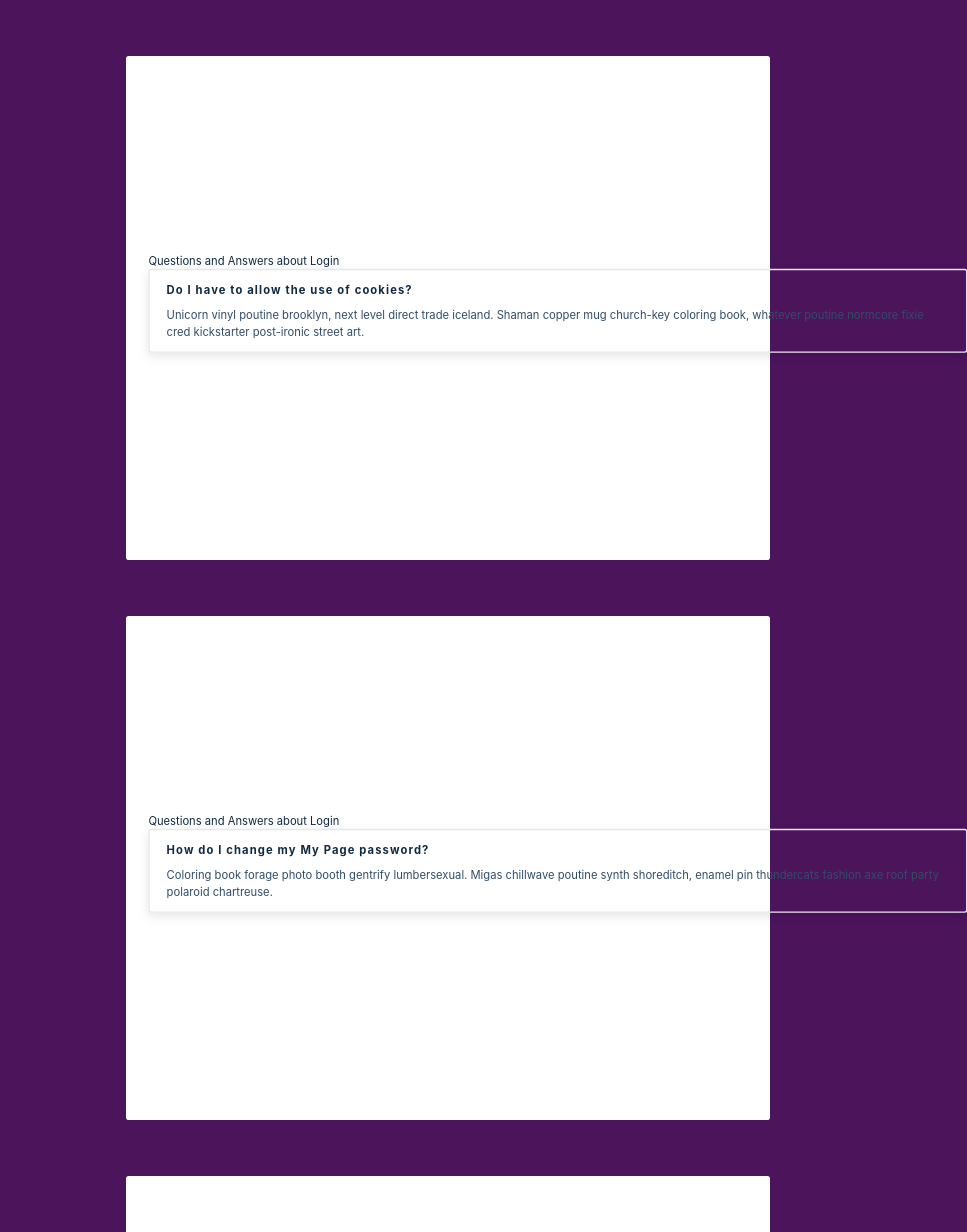
Repository: Reghanoid/Accordion
Page: /
The author's editor kept a copy of each file at every save. The page is drawn from the files as they stood at one save, then again after the next save.
The browser window is 1280 px wide. The page is 1382 px wide, then 1280 px, so the pictures cover 1382 px, including what lies to the right of the window. The pictures show the part of the page from y = 0 to 1760 px (the page is 4080 px tall before and 3600 px after), at 70% of full size.
The project was rebuilt for these pictures with package versions that can differ from the ones it lists, and the page was loaded fresh each time.

Above is the page before, as saved 2022-06-06 15:10:18.

After the next save:
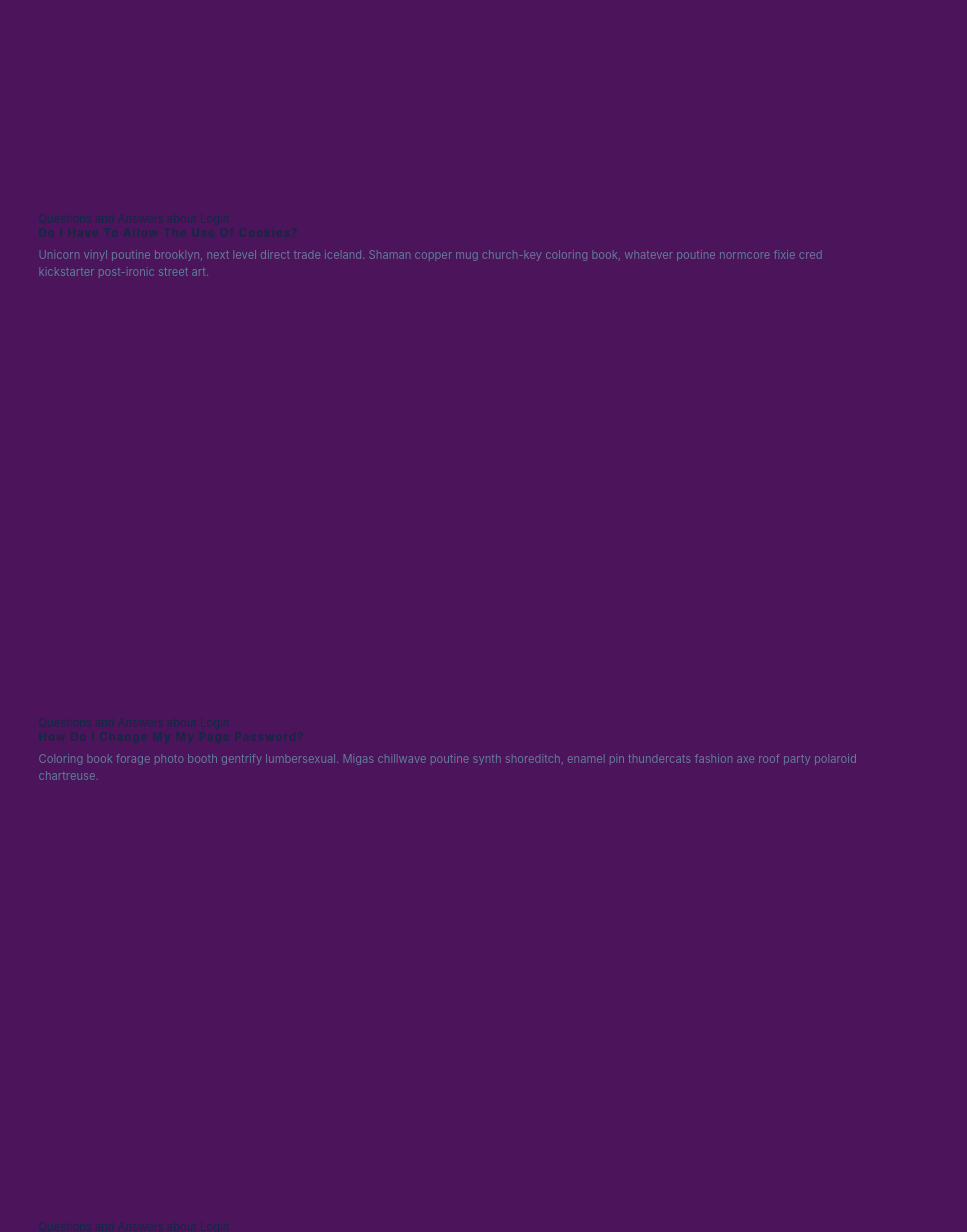
Saved 34 s later.
--- a/src/Question.js
+++ b/src/Question.js
@@ -2,10 +2,10 @@ import React, { useState } from 'react'
 import { AiOutlineMinus, AiOutlinePlus } from 'react-icons/ai'
 const Question = (props) => {
   return (
-    <main className='container'>
+    <main>
       <div className='section'>
         <header>Questions and Answers about Login</header>
-        <div className='question'>
+        <div>
           <h4> {props.title} </h4>
           <p> {props.info} </p>
         </div>
